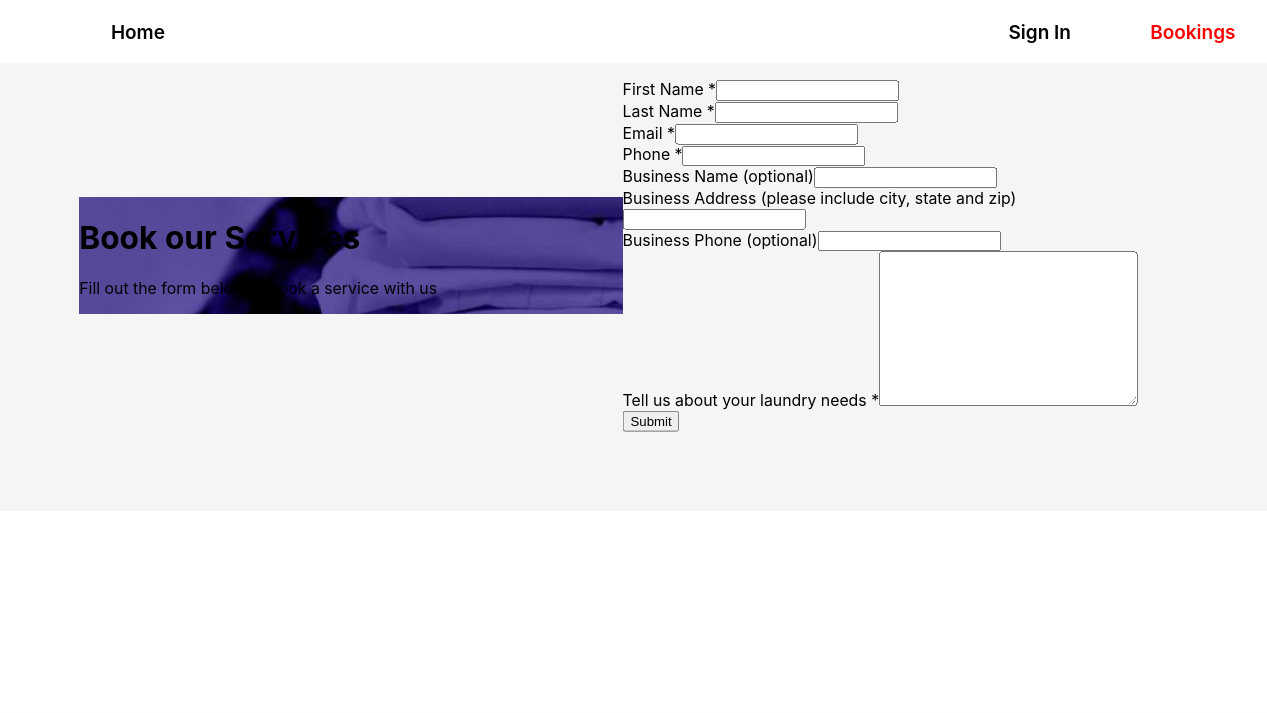
Repository: MikkyPrestige/fake-user-authentication
Page: /booking
These files come from the project's save history. The page is drawn as it stood at one moment and after the next save; the edit follows.
The browser window is 1280 px wide. The pictures show the whole page, at 99% of full size.
Backgrounds fixed to the window are drawn as part of the page. The project was rebuilt for these pictures with package versions that can differ from the ones it lists, and the page was loaded fresh each time. Also part of the build but not shown: src/assets/styles/home.css, src/components/home.jsx.

Above is the page before, as saved 2022-11-20 03:04:48.

### src/index.css
body {
  margin: 0;
  font-family: -apple-system, BlinkMacSystemFont, 'Segoe UI', 'Roboto', 'Oxygen',
    'Ubuntu', 'Cantarell', 'Fira Sans', 'Droid Sans', 'Helvetica Neue',
    sans-serif;
  -webkit-font-smoothing: antialiased;
  -moz-osx-font-smoothing: grayscale;
  /* background-image: url(./assets/img/pattern_blue-1.jpg);
  background-repeat: no-repeat;
  background-size: cover;
  background-position: center;
  background-attachment: fixed; */
}

code {
  font-family: source-code-pro, Menlo, Monaco, Consolas, 'Courier New',
    monospace;
}

### src/App.jsx
import React from "react";
import { Route, Routes } from "react-router-dom";
import { Home, Navigation, Booking } from "./components";

function App() {
  return (
    <div className="App">
      <Navigation />
      <Routes>
      <Route path="/" element={< Home />} />
      <Route path="/booking" element={< Booking />} />
      </Routes>
    </div>
  );

}

export default App;

### src/components/index.js
export { default as Home } from './home';
export { default as Navigation } from './navigation';
export { default as Booking } from './booking';

### src/components/navigation.jsx
// NAVIGATION COMPONENT

import React from "react";
import { NavLink } from "react-router-dom";
import "../assets/styles/navigation.css";

const Navigation = () => {
  return (
    <div className="navigation">
      <nav className="navigation__links">
        <div className="navigation--link">
          <NavLink
            style={({ isActive }) =>
              isActive ? { color: "red" } : { color: "black" }
            }
            to="/"
            className="navigation__link--item"
          >
            Home
          </NavLink>
        </div>
        <div className="navigation__link--wrapper">
          <NavLink
            style={({ isActive }) =>
              isActive ? { color: "red" } : { color: "black" }
            }
            to="/signIn"
            className="navigation__link--item"
          >
            Sign In
          </NavLink>
          <NavLink
            style={({ isActive }) =>
              isActive ? { color: "red" } : { color: "black" }
            }
            to="/booking"
            className="navigation__link--item"
          >
            Bookings
          </NavLink>
        </div>
      </nav>
    </div>
  );
};

export default Navigation;

### src/components/booking.jsx
// REGISTER COMPONENT: This component is for the form to register with the company in the app

import React from "react";
import { useState } from "react";
import "../assets/styles/booking.css";

const Booking = () => {
  // Create a state for the form
  const [form, setForm] = useState({
    firstName: "",
    lastName: "",
    email: "",
    businessName: "",
    businessAddress: "",
    businessPhone: "",
    order: "",
  });

  // Create a state for the error
  const [error, setError] = useState({});
  // Create a state for the success
  const [success, setSuccess] = useState(false);

  // Create a function to handle the change
  const handleChange = (e) => {
    const { name, value } = e.target;
    setForm({ ...form, [name]: value }); // A spread operator is used to copy the form object and then add the name and value to the form object and then set the form object to the new form object with the name and value added to it
  };

  // Create a function to handle the submit
  const handleSubmit = (e) => {
    e.preventDefault();
    console.log(form);
    // Validate the form
    const validate = () => {
      let error = {};
      if (!form.firstName) {
        error.firstName = "First name is required";
      }
      if (!form.lastName) {
        error.lastName = "Last name is required";
      }
      if (!form.email) {
        error.email = "Email is required";
      }
      if (!form.phone) {
        error.phone = "Phone Number is required";
      }
      if (!form.order) {
        error.order = "Order is required";
      }
      return error;
    };
    // Set the error
    setError(validate());
    // Check if there is no error
    if (Object.keys(validate()).length === 0) {
      setSuccess(true);
    }
  };

  return (
    <div className="booking">
      <div className="booking__wrapper">
        <div className="booking__content">
          <h1 className="booking__title">Book our Services</h1>
          <p className="booking__description">
            Fill out the form below to book a service with us
          </p>
        </div>
        <form className="booking__form" onSubmit={handleSubmit}>
          <div className="booking__form--group">
            <label htmlFor="firstName" className="booking__form--label">
              First Name *
            </label>
            <input
              type="text"
              name="firstName"
              id="firstName"
              className="booking__form--input"
              onChange={handleChange}
              required
            />
            {error.firstName && (
              <p className="booking__form--error">{error.firstName}</p>
            )}
          </div>
          <div className="booking__form--group">
            <label htmlFor="lastName" className="booking_form--label">
              Last Name *
            </label>
            <input
              type="text"
              name="lastName"
              id="lastName"
              className="booking__form--input"
              onChange={handleChange}
              required
            />
            {error.lastName && (
              <p className="booking__form--error">{error.lastName}</p>
            )}
          </div>
          <div className="booking__form--group">
            <label htmlFor="email" className="booking__form--label">
              Email *
            </label>
            <input
              type="email"
              name="email"
              id="email"
              className="booking__form--input"
              onChange={handleChange}
              required
            />
            {error.email && (
              <p className="booking__form--error">{error.email}</p>
            )}
          </div>
          <div className="booking__form--group">
            <label htmlFor="phone" className="booking__form--label">
              Phone *
            </label>
            <input
              type="tel"
              name="phone"
              id="phone"
              className="booking__form--input"
              onChange={handleChange}
              required
            />
            {error.phone && (
              <p className="booking__form--error">{error.phone}</p>
            )}
          </div>
          <div className="booking__form--group">
            <label htmlFor="businessName" className="booking__form--label">
              Business Name (optional)
            </label>
            <input
              type="text"
              name="businessName"
              id="businessName"
              className="booking__form--input"
              onChange={handleChange}
            />
          </div>
          <div className="booking__form--group">
            <label htmlFor="businessAddress" className="booking__form--label">
              Business Address (please include city, state and zip)
            </label>
            <input
              type="text"
              name="businessAddress"
              id="businessAddress"
              className="booking__form--input"
              onChange={handleChange}
            />
          </div>
          <div className="booking__form--group">
            <label htmlFor="businessPhone" className="booking__form--label">
              Business Phone (optional)
            </label>
            <input
              type="text"
              name="businessPhone"
              id="businessPhone"
              className="booking__form--input"
              onChange={handleChange}
            />
          </div>
          <div className="booking__form--group">
            <label htmlFor="order" className="booking__form--label">
              Tell us about your laundry needs *
            </label>
            <textarea
              name="order"
              id="order"
              cols="30"
              rows="10"
              className="booking__form--input"
              onChange={handleChange}
              required
            ></textarea>
            {error.order && (
              <p className="booking__form--error">{error.order}</p>
            )}
          </div>
          <button className="booking__form--button">Submit</button>
        </form>
        {success && (
          <p className="booking__form--success">
            Your order is received and been fast tracked.
            <span>Thank you for choosing us.</span>
          </p>
        )}
      </div>
    </div>
  );
};

export default Booking;

### src/assets/styles/navigation.css
.navigation {
    background-color: #fff;
    height: 4rem;
    position: fixed;
    top: 0;
    width: 100%;
    z-index: 100;
}

.navigation__links {
    display: flex;
    justify-content: space-between;
    align-items: center;
    height: 100%;
    padding: 0 2rem;
}

.navigation__link--item {
    font-size: 1.2rem;
    font-weight: 600;
    text-decoration: none;
}

.navigation--link {
  margin-left: 5rem;
}

.navigation__link--wrapper {
  display: flex;
  align-items: center;
  gap: 5rem;
}

### src/assets/styles/booking.css
.booking {
  background: #f5f5f5;
  padding: 5rem;
}

.booking__wrapper {
  display: flex;
  justify-content: space-between;
  align-items: center;
  height: 100%;
}

.booking__content {
  width: 50%;
  height: 50%;
  background-image: url(../img/folded-clothes.jpeg);
  background-repeat: no-repeat;
  background-size: cover;
  background-position: center;
  background-attachment: fixed;
}

Loaded but not shown: public/index.html (common file); src/index.js (common file)

After the next save:
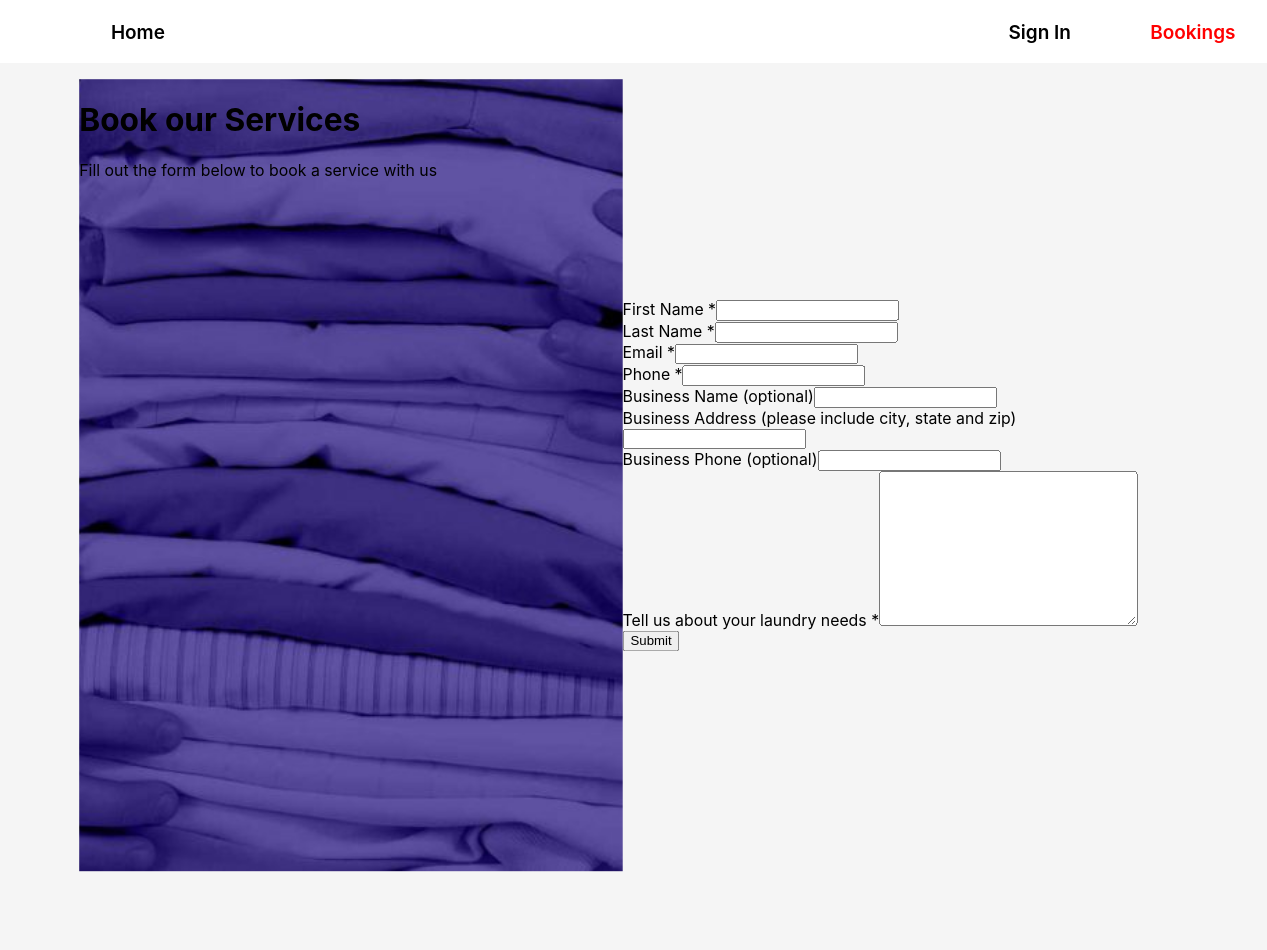
Saved 7 s later.
--- a/src/assets/styles/booking.css
+++ b/src/assets/styles/booking.css
@@ -12,7 +12,7 @@
 
 .booking__content {
   width: 50%;
-  height: 50%;
+  height: 50rem;
   background-image: url(../img/folded-clothes.jpeg);
   background-repeat: no-repeat;
   background-size: cover;
